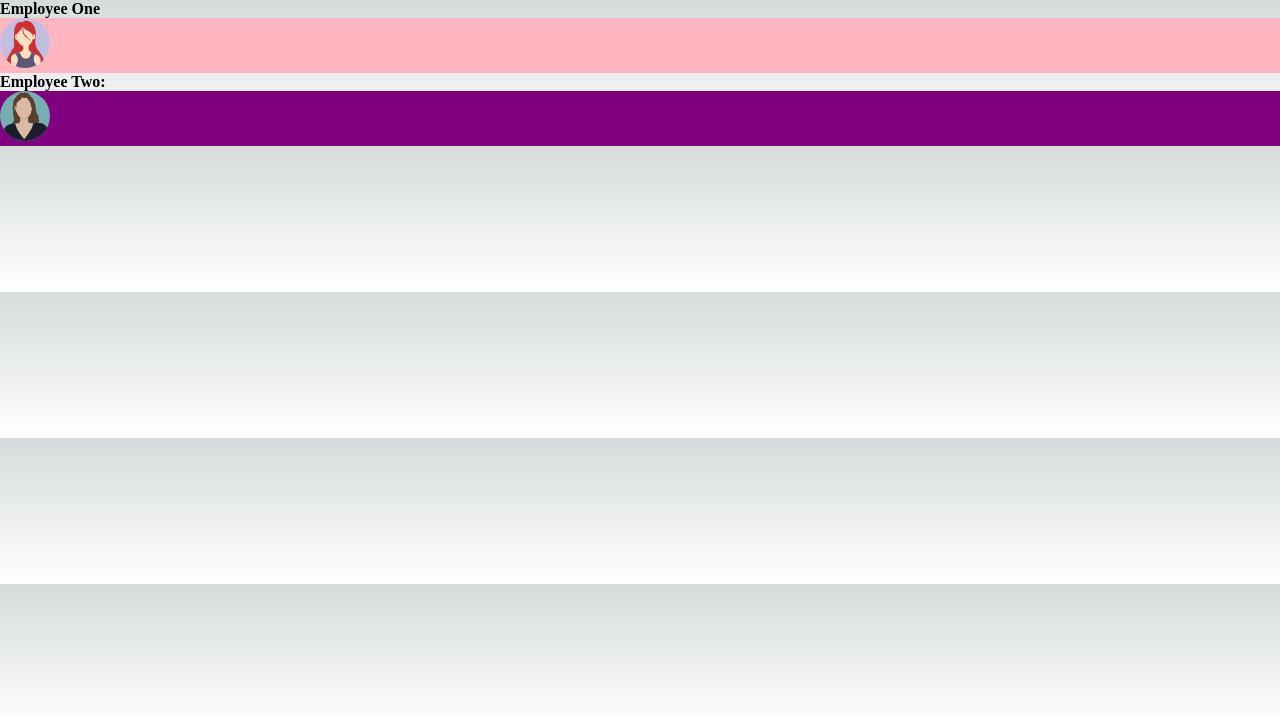
Repository: bguemos/week3example
Page: /About
These files come from the project's save history. The page is drawn as it stood at one moment and after the next save; the edit follows.
The browser window is 1280 px wide. The pictures show the whole page.
The project was rebuilt for these pictures with package versions that can differ from the ones it lists, and the page was loaded fresh each time. The framework's server and built-in components were replaced by stand-ins that run in the browser. Also part of the build but not shown: next.config.js, styles/info.module.css.

Above is the page before, as saved 2023-01-18 13:44:32.

### pages/About.js
import Head from 'next/head'
import Image from 'next/image'
import { Inter } from '@next/font/google'
import styles from '@/styles/info.module.css'
import data from '../data/employees.json'
import { useState } from 'react'
import Card from '../components/Card/About'
import Link from 'next/link'


export default function About() {
    const [information, setInformation] = useState([...data])
     console.log(data);
  return (
 <>

<main className={styles.main}>


<div className={styles.grid}>
<b> Employee One </b>
{information && information.map((info, About) => {
if (info.employeePosition === "manager") {
return (
<Card key={About} employeeName={info.employeeName} colour="lightPink" font="20px" />
 )
 }
})}
<b> Employee Two:</b>
{information && information.map((info, About) => {
if (info.employeePosition === "ceo") {
     return (
    <Card key={About} employeeName={info.employeeName} colour="purple" font="20px" />
     )
     }
     })}
    </div>
    </main>

</>
  )
    }

### data/employees.json
[


{
    "employeeName": "Jenna",
    "employeePosition": "manager",
    "yearsWorked": 4
},
{
    "employeeName": "Natalie",
    "employeePosition": "general manager",
    "yearsWorked": 15

},
{
    "employeeName":"Sarah",
    "employeePosition": "ceo",
    "yearsWorked": 20
}


]

### components/Card/About.js
export default function Card({
    employeePosition= "none",
    colour= "orange",
    font = "0",
    image = "Woman3.svg"
}) {
    return(
        <div style={{backgroundColor: colour, fontSize:font}}>
         {
            colour === "lightPink?" ? <img src={'Woman5.svg'} width="50"/> :
            colour === "purple" ? <img src={'Woman2.svg'} width="50"/>:
                                <img src={image} width="50" />
         }

        </div>
    )
}

Loaded but not shown: pages/_app.js (common file); pages/_document.js (common file); styles/globals.css (common file)

After the next save:
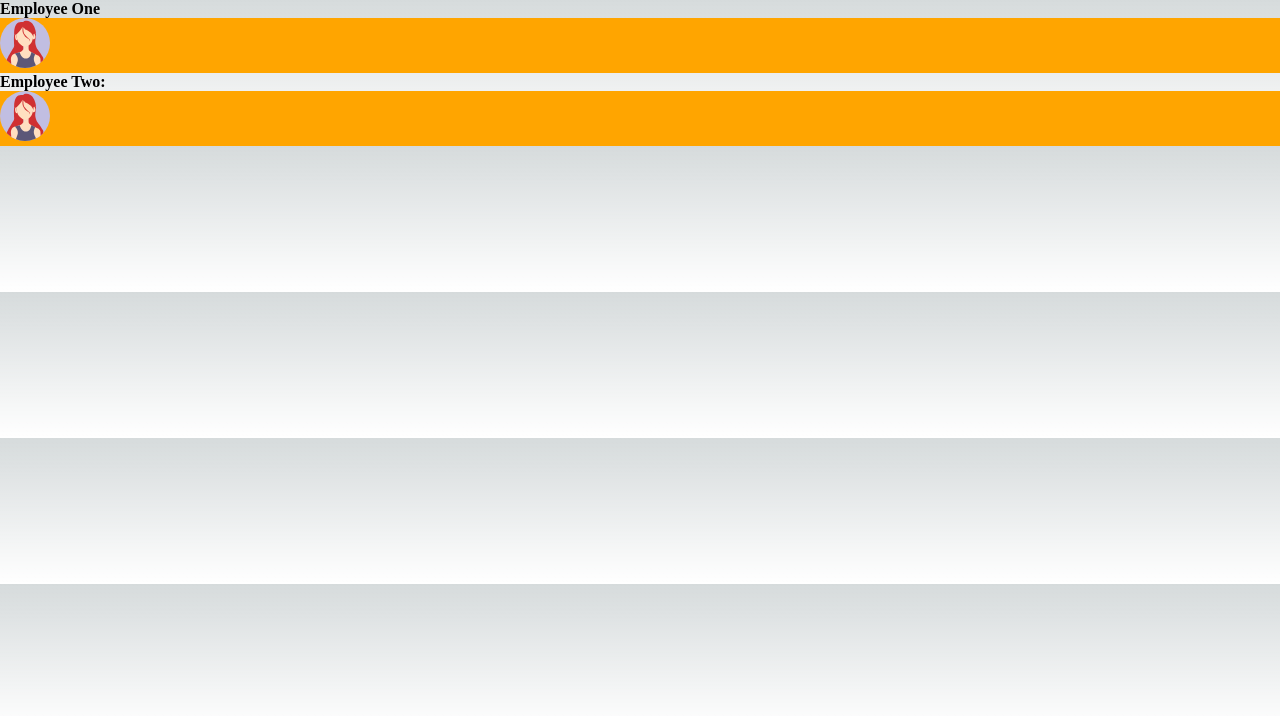
Saved 51 s later.
--- a/pages/About.js
+++ b/pages/About.js
@@ -22,7 +22,7 @@
 {information && information.map((info, About) => {
 if (info.employeePosition === "manager") {
 return (
-<Card key={About} employeeName={info.employeeName} colour="lightPink" font="20px" />
+<Card key={About} employeeName={info.employeeName}  font="20px" />
  )
  }
 })}
@@ -30,7 +30,7 @@
 {information && information.map((info, About) => {
 if (info.employeePosition === "ceo") {
      return (
-    <Card key={About} employeeName={info.employeeName} colour="purple" font="20px" />
+    <Card key={About} employeeName={info.employeeName} font="20px" />
      )
      }
      })}

After the save that followed:
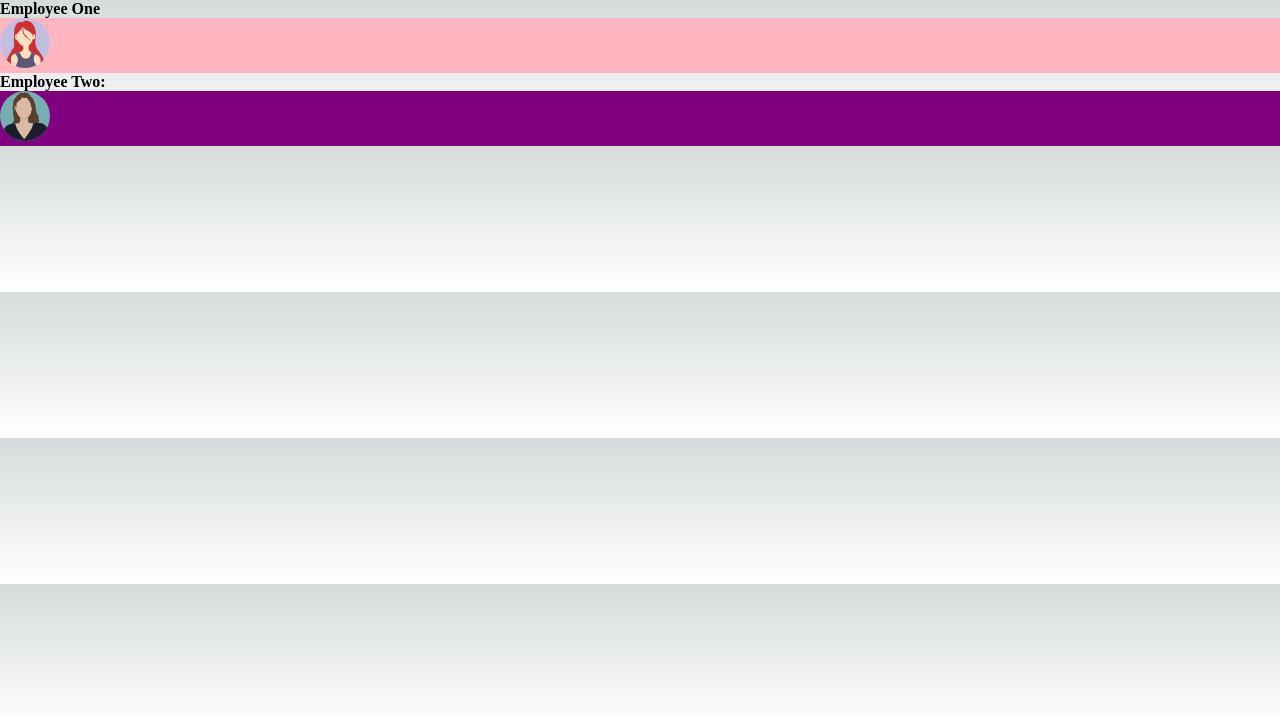
Saved 8 s later.
--- a/pages/About.js
+++ b/pages/About.js
@@ -22,7 +22,7 @@
 {information && information.map((info, About) => {
 if (info.employeePosition === "manager") {
 return (
-<Card key={About} employeeName={info.employeeName}  font="20px" />
+<Card key={About} employeeName={info.employeeName} colour="lightPink" font="20px" />
  )
  }
 })}
@@ -30,7 +30,7 @@
 {information && information.map((info, About) => {
 if (info.employeePosition === "ceo") {
      return (
-    <Card key={About} employeeName={info.employeeName} font="20px" />
+    <Card key={About} employeeName={info.employeeName} colour="purple" font="20px" />
      )
      }
      })}
